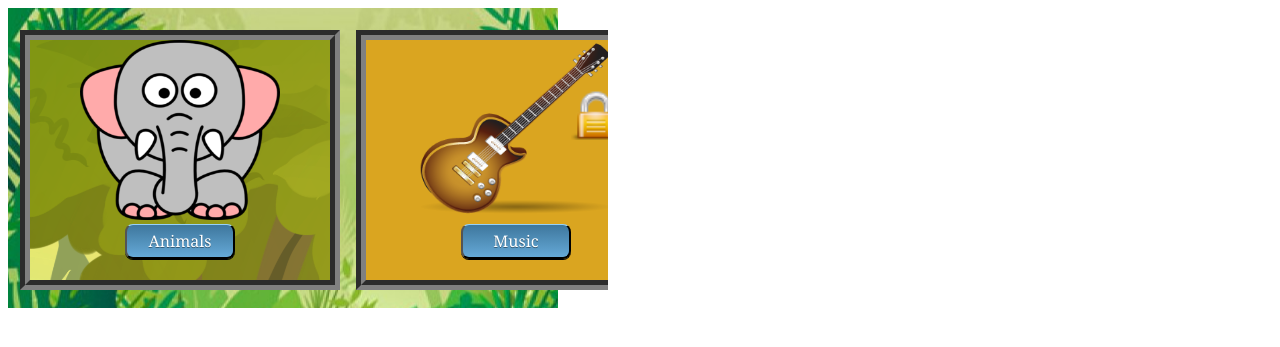
Repository: RathipriyaChandrasekaran/dotlite
Page: ConnectDots/menupage.html
The author's editor kept a copy of each file at every save. The page is drawn from the files as they stood at one save, then again after the next save.
The browser window is 1280 px wide. The pictures show the whole page.

Above is the page before, as saved 2014-12-15 05:18:20.

After the next save:
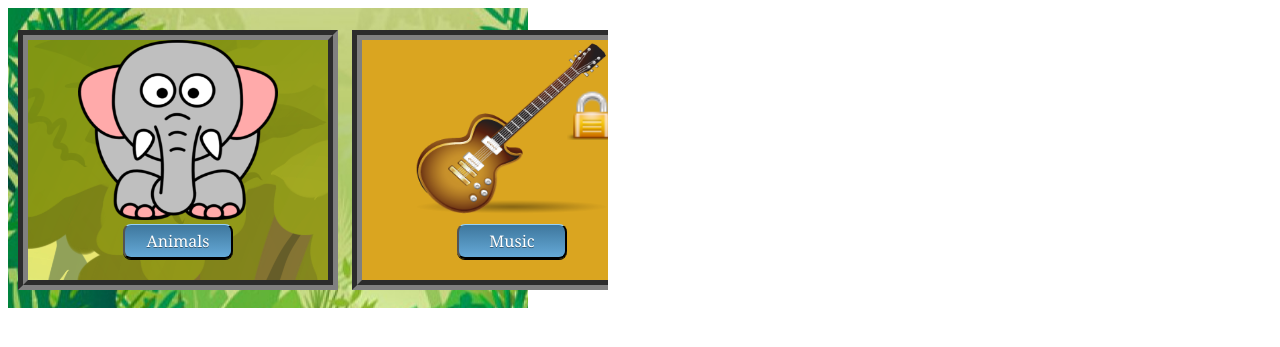
Saved 51 s later.
--- a/ConnectDots/menupage.html
+++ b/ConnectDots/menupage.html
@@ -29,14 +29,14 @@
 
    </div>
  </div>
- <canvas id="canvas" width="550px" height="300px"> </canvas>
+ <canvas id="canvas" width="520px" height="300px"> </canvas>
 
  <script>
  var points=new Array();
  var canvas = document.getElementById('canvas');
  var context = canvas.getContext('2d');
  var height = 300;
- var width = 550;
+ var width = 520;
 
  context.beginPath();
  context.rect(1, 1, width, height);
--- a/ConnectDots/css/menupage.css
+++ b/ConnectDots/css/menupage.css
@@ -21,7 +21,7 @@
   width:300px !important;
   display:inline-block;
   text-align:center;
-  margin-left: 12px;
+  margin-left: 10px;
 }
 
 img{
